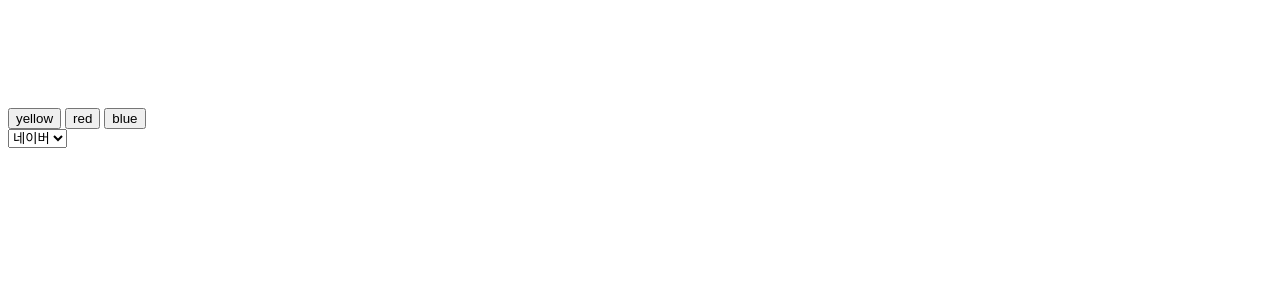
Repository: mjh1583/Hustar03_eGov
Page: http://localhost/JavaScript/js007.jsp
An editor plug-in stored every save of this project. The page is shown before and after the next save, followed by the edit.
The browser window is 1280 px wide. The pictures show the whole page.
The page is served by Tomcat 9.

Above is the page before, as saved 2021-05-06 07:46:27.

### workspace/JavaScript/src/main/webapp/js007.jsp
<%@ page language="java" contentType="text/html; charset=UTF-8"
    pageEncoding="UTF-8"%>
<!DOCTYPE html>
<html>
<head>
	<meta charset="UTF-8">
	<title>jQuery 이벤트</title>
</head>
<body>
	<div style="width: 100px; height: 100px;" id="contentsArea">

	</div>
	<input type="button" class="btn" value="yellow" w="200px" h="300px"/>
	<input type="button" class="btn" value="red" w="150px" h="200px"/>
	<input type="button" class="btn" value="blue" w="500px" h="1000px"/>

	<div>
		<select>
			<option value="https://www.naver.com">네이버</option>
			<option value="https://www.daum.net">다음</option>
			<option value="https://www.google.com">구글</option>
		</select>
	</div>

	<script src="https://code.jquery.com/jquery-3.6.0.js"></script>
	<script type="text/javascript">
		$('.btn').bind('click', function() {
			$('#contentsArea').css('background-color', $(this).val());
			$('#contentsArea').css('width', $(this).attr('w'));
			$('#contentsArea').css('height', $(this).attr('h'));
		});
	</script>
</body>
</html>

After the next save:
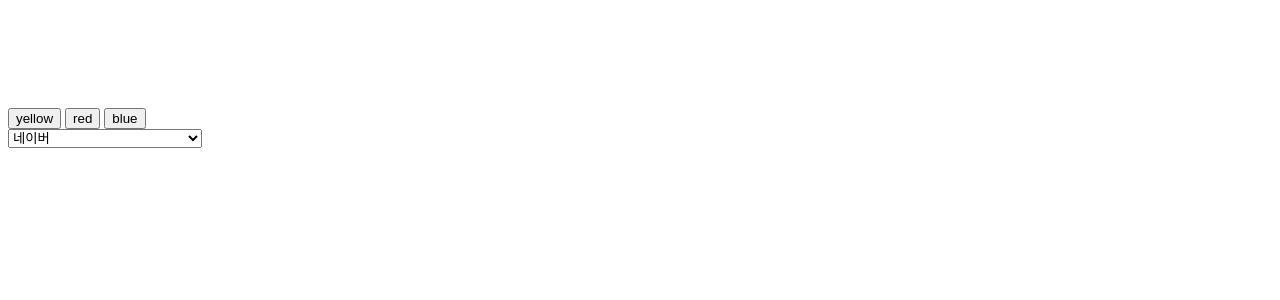
Saved 35 s later.
--- a/workspace/JavaScript/src/main/webapp/js007.jsp
+++ b/workspace/JavaScript/src/main/webapp/js007.jsp
@@ -15,10 +15,11 @@
 	<input type="button" class="btn" value="blue" w="500px" h="1000px"/>
 
 	<div>
-		<select>
+		<select id="select" name="select">
 			<option value="https://www.naver.com">네이버</option>
 			<option value="https://www.daum.net">다음</option>
 			<option value="https://www.google.com">구글</option>
+			<option value="">=== 사이트를 선택하세요. ===</option>
 		</select>
 	</div>
 
